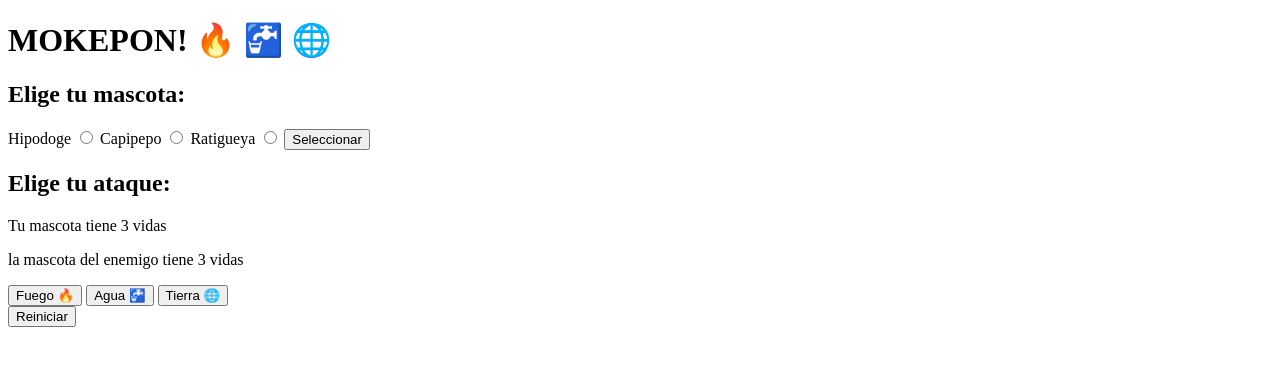
Repository: elto82/juegoMokepon
Page: mokepon/mokepon.html
These files come from the project's save history. The page is drawn as it stood at one moment and after the next save; the edit follows.
The browser window is 1280 px wide. The pictures show the whole page.

Above is the page before, as saved 2022-07-25 14:07:37.

### mokepon/mokepon.html
<!DOCTYPE html>
<html lang="en">

<head>
  <meta charset="UTF-8">
  <meta http-equiv="X-UA-Compatible" content="IE=edge">
  <meta name="viewport" content="width=device-width, initial-scale=1.0">
  <title>Mokepon</title>
  <script src="./js/mokepon.js"></script>
</head>

<body>
  <h1>MOKEPON! 🔥 🚰 🌐</h1>

  <section id="seleccionar-mascota">
    <h2>Elige tu mascota:</h2>

    <label for="hipodoge">Hipodoge</label>
    <input type="radio" name="mascota" id="hipodoge">

    <label for="capipepo">Capipepo</label>
    <input type="radio" name="mascota" id="capipepo">

    <label for="ratigueya">Ratigueya</label>
    <input type="radio" name="mascota" id="ratigueya">


    <button id="boton-mascota">Seleccionar</button>
  </section>

  <section id="seleccionar-ataque">
    <h2>Elige tu ataque:</h2>
    <p>Tu mascota <span id="mascota-jugador"></span> tiene <span id="vida-jugador">3</span> vidas</p>
    <p>la mascota <span id="mascota-enemigo"></span> del enemigo tiene <span id="vida-enemigo">3</span> vidas</p>
    <div>
      <button id="boton-fuego">Fuego 🔥</button>
      <button id="boton-agua">Agua 🚰</button>
      <button id="boton-tierra">Tierra 🌐</button>
    </div>
  </section>

  <section id="mensajes">
    <!--   <p>Tu mascota atacó con Fuego, las mascota del enemigo atacó con Tierra , ganaste 🎉</p>
 -->
  </section>

  <section id="reiniciar">
    <button id="boton-reiniciar">Reiniciar</button>

  </section>


</body>

</html>

### mokepon/js/mokepon.js
let ataqueJugador;
let ataqueEnemigo;
let vidasJugador = 3;
let vidasEnemigo = 3;

function iniciarJuego() {
  let sectionSeleccionarAtaque = document.getElementById('seleccionar-ataque')

  let botonMascotaJugador = document.getElementById("boton-mascota");
  botonMascotaJugador.addEventListener("click", seleccionarMascotaJugador);

  let botonFuego = document.getElementById("boton-fuego");
  botonFuego.addEventListener("click", ataqueFuego);
  let botonAgua = document.getElementById("boton-agua");
  botonAgua.addEventListener("click", ataqueAgua);
  let botonTierra = document.getElementById("boton-tierra");
  botonTierra.addEventListener("click", ataqueTierra);

  let botonReiniciar = document.getElementById("boton-reiniciar");
  botonReiniciar.addEventListener("click", reiniciarJuego);
}

function ataqueFuego() {
  ataqueJugador = "FUEGO";
  ataqueAleatorioEnemigo();
}

function ataqueAgua() {
  ataqueJugador = "AGUA";
  ataqueAleatorioEnemigo();
}

function ataqueTierra() {
  ataqueJugador = "TIERRA";
  ataqueAleatorioEnemigo();
}

function ataqueAleatorioEnemigo() {
  let ataqueAleatorio = aleatorio(1, 3);

  if (ataqueAleatorio == 1) {
    ataqueEnemigo = "FUEGO";
  } else if (ataqueAleatorio == 2) {
    ataqueEnemigo = "AGUA";
  } else {
    ataqueEnemigo = "TIERRA";
  }

  combate();
}

function combate() {
  let spanVidaJugador = document.getElementById("vida-jugador");
  let spanVidaEnemigo = document.getElementById("vida-enemigo");

  if (ataqueEnemigo == ataqueJugador) {
    crearMensaje("EMPATE.");
  } else if (ataqueJugador == "FUEGO" && ataqueEnemigo == "TIERRA") {
    crearMensaje("GANASTE.");
    vidasEnemigo--;
    spanVidaEnemigo.innerHTML = vidasEnemigo;
  } else if (ataqueJugador == "AGUA" && ataqueEnemigo == "FUEGO") {
    crearMensaje("GANASTE.");
    vidasEnemigo--;
    spanVidaEnemigo.innerHTML = vidasEnemigo;
  } else if (ataqueJugador == "TIERRA" && ataqueEnemigo == "AGUA") {
    crearMensaje("GANASTE.");
    vidasEnemigo--;
    spanVidaEnemigo.innerHTML = vidasEnemigo;
  } else {
    crearMensaje("PERDISTE.");
    vidasJugador--;
    spanVidaJugador.innerHTML = vidasJugador;
  }
  //revisar vidas
  revisarvidas();
}

function revisarvidas() {
  if (vidasEnemigo == 0) {
    crearMensajeFinal("FELICITACIONES! ganaste 🎉🎉🎉");
    alert("FELICITACIONES! ganaste 🎉🎉🎉");
  } else if (vidasJugador == 0) {
    crearMensajeFinal("LO SIENTO! perdiste 😥🥲😭");
    alert("LO SIENTO! perdiste 😥🥲😭");
  }
}

function crearMensajeFinal(resultadoFinal) {
  let sectionMensajes = document.getElementById("mensajes");

  let parrafo = document.createElement("p");
  parrafo.innerHTML = resultadoFinal;

  sectionMensajes.appendChild(parrafo);

  let botonFuego = document.getElementById("boton-fuego");
  botonFuego.disabled = true;
  let botonAgua = document.getElementById("boton-agua");
  botonAgua.disabled = true;
  let botonTierra = document.getElementById("boton-tierra");
  botonTierra.disabled = true;
}

function crearMensaje(resultado) {
  let sectionMensajes = document.getElementById("mensajes");

  let parrafo = document.createElement("p");
  parrafo.innerHTML = `Tu mascota atacó con ${ataqueJugador}, la mascota del enemigo ataco con ${ataqueEnemigo},${resultado}`;

  sectionMensajes.appendChild(parrafo);
}

function seleccionarMascotaJugador() {
  let inputHipodoge = document.getElementById("hipodoge");
  let inputCapipepo = document.getElementById("capipepo");
  let inputRatigueya = document.getElementById("ratigueya");

  let spanMascotaJugador = document.getElementById("mascota-jugador");

  if (inputHipodoge.checked) {
    spanMascotaJugador.innerHTML = "Hipodoge";
  } else if (inputCapipepo.checked) {
    spanMascotaJugador.innerHTML = "Capipepo";
  } else if (inputRatigueya.checked) {
    spanMascotaJugador.innerHTML = "Ratigueya";
  } else {
    alert("No has seleccionado una mascota");
    reiniciarJuego();
  }

  seleccionarMascotaEnemigo();
}

function aleatorio(min, max) {
  return Math.floor(Math.random() * (max - min + 1) + min);
}

function seleccionarMascotaEnemigo() {
  let mascotaAleatorio = aleatorio(1, 3);
  let spanMascotaEnemigo = document.getElementById("mascota-enemigo");

  if (mascotaAleatorio == 1) {
    //Hipodoge
    spanMascotaEnemigo.innerHTML = "Hipodoge";
  } else if (mascotaAleatorio == 2) {
    //Capipepo
    spanMascotaEnemigo.innerHTML = "Capipepo";
  } else {
    //Ratigueya
    spanMascotaEnemigo.innerHTML = "Ratigueya";
  }
}

function reiniciarJuego() {
  location.reload();
}

window.addEventListener("load", iniciarJuego);

After the next save:
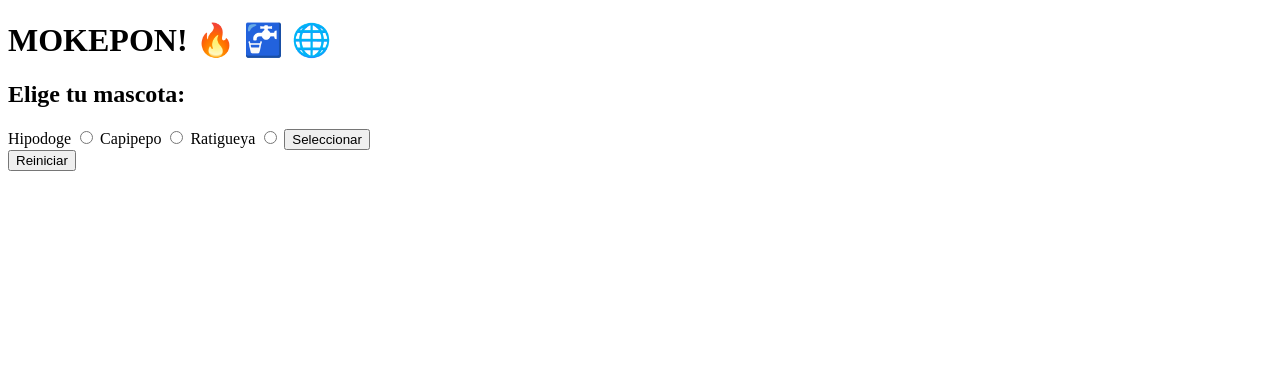
Saved 88 s later.
--- a/mokepon/js/mokepon.js
+++ b/mokepon/js/mokepon.js
@@ -5,6 +5,7 @@ let vidasEnemigo = 3;
 
 function iniciarJuego() {
   let sectionSeleccionarAtaque = document.getElementById('seleccionar-ataque')
+  sectionSeleccionarAtaque.style.display = 'none'
 
   let botonMascotaJugador = document.getElementById("boton-mascota");
   botonMascotaJugador.addEventListener("click", seleccionarMascotaJugador);
